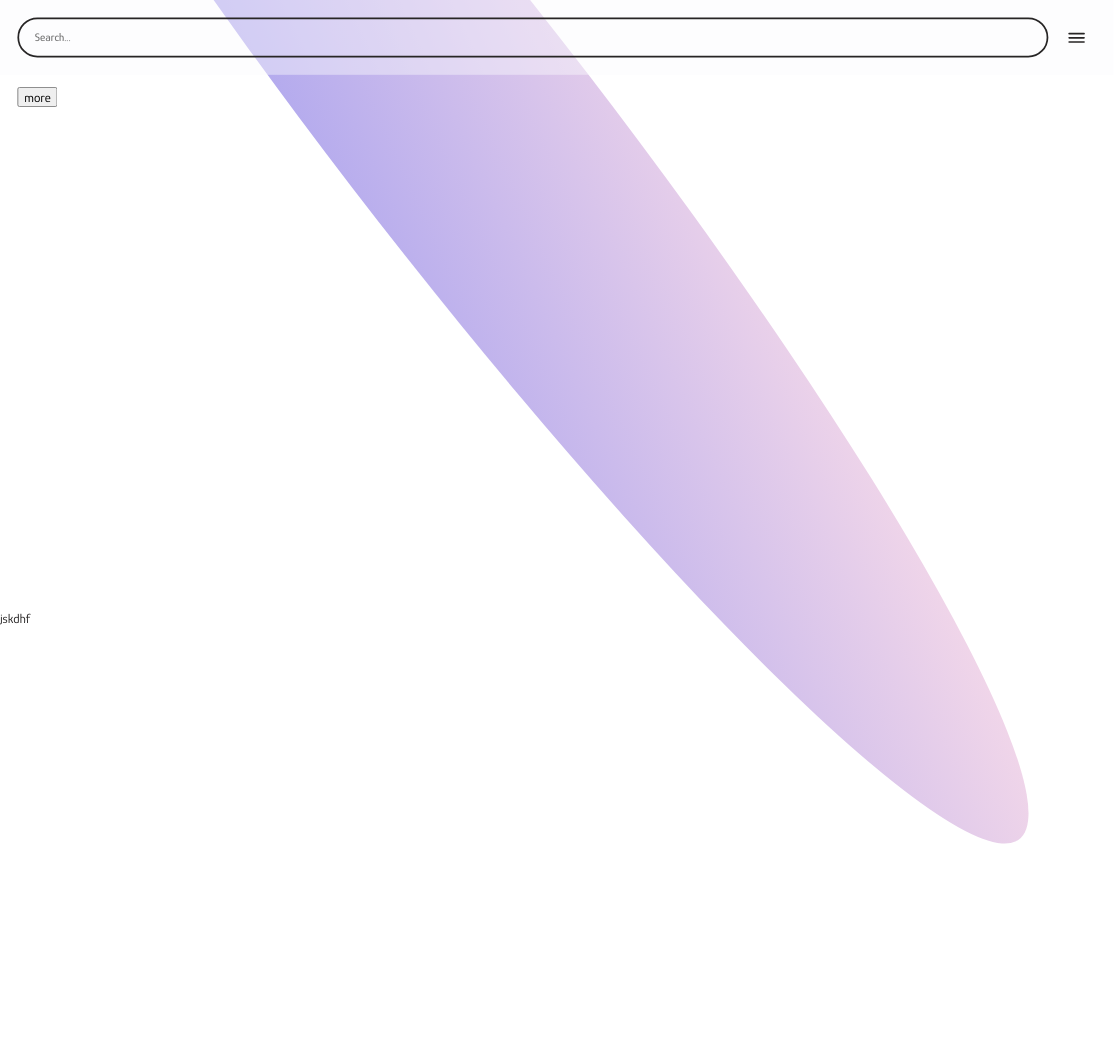
Repository: Axeliriya/my-test
Page: /
An editor plug-in stored every save of this project. The page is shown before and after the next save, followed by the edit.
The browser window is 1280 px wide. The pictures show the whole page, at 87% of full size.
The page's requests for data from a server got no answer. The project was rebuilt for these pictures with package versions that can differ from the ones it lists, and the page was loaded fresh each time. No one was signed in, and anything a server would have sent is missing. Also part of the build but not shown: src/components/ProductList/ProductList.tsx, src/components/ProductItem/ProductItem.tsx.

Above is the page before, as saved 2022-04-05 15:49:27.

After the next save:
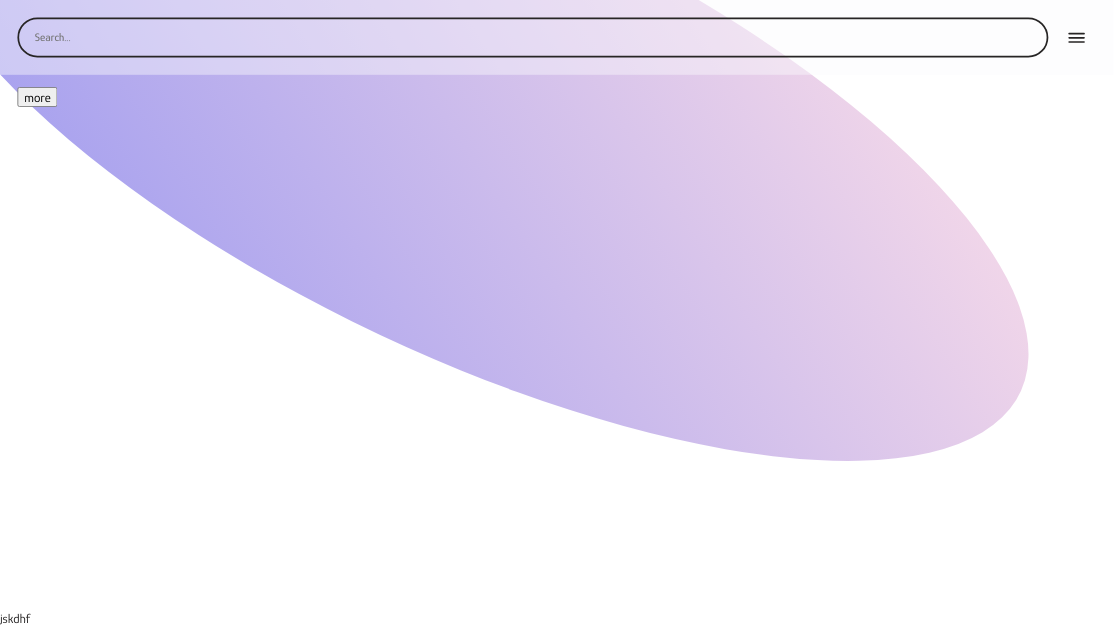
Saved 5 s later.
--- a/src/components/Main/Main.module.scss
+++ b/src/components/Main/Main.module.scss
@@ -13,7 +13,7 @@
   width: 100%;
   height: 300px;
   background: $main-gradient;
-  transform: skew(10deg, 50deg) scale(1, 2);
+  transform: skew(10deg, 20deg) scale(1, 2);
   border-radius: 50%;
   overflow: hidden;
 }
